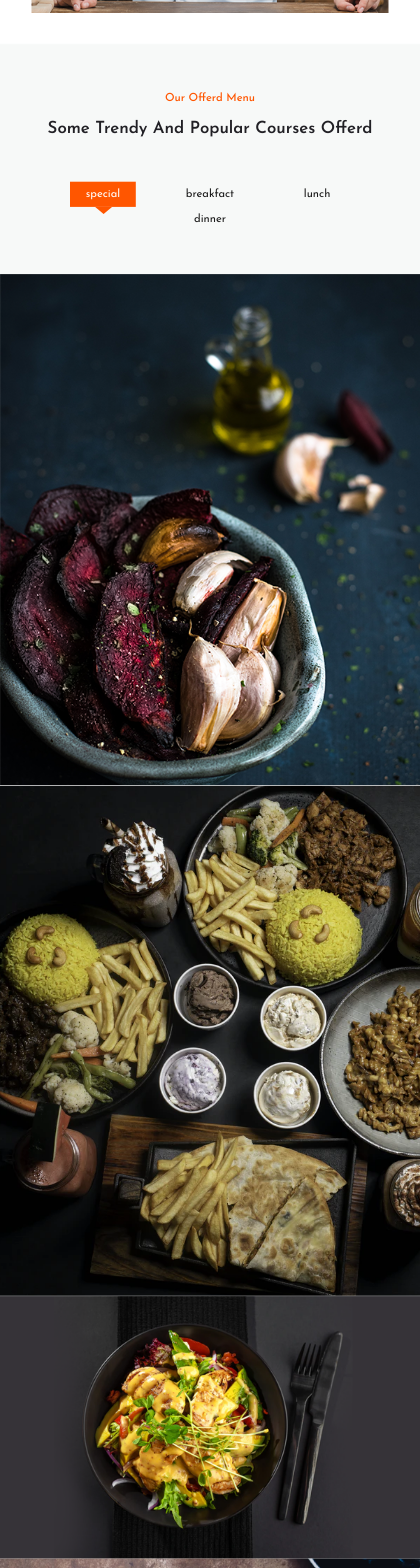
Repository: Ebtehal18/food
Page: index.html
These files come from the project's save history. The page is drawn as it stood at one moment and after the next save; the edit follows.
The browser window is 600 px wide. The pictures show the part of the page from y = 1812 to 4052 px (the page is 10000 px tall), at 70% of full size.

Above is the page before, as saved 2024-01-18 18:13:19.

### index.html
<!DOCTYPE html>
<html lang="en">
  <head>
    <meta charset="UTF-8" />
    <meta name="viewport" content="width=device-width, initial-scale=1.0" />
    <title>Food All</title>
    <link rel="preconnect" href="https://fonts.googleapis.com">
    <link rel="preconnect" href="https://fonts.gstatic.com" crossorigin>
    <link href="https://fonts.googleapis.com/css2?family=Josefin+Sans:wght@200;300;400;500;600;700&display=swap" rel="stylesheet">
    <link rel="stylesheet" href="asessets/css/style.css" />
    <link rel="stylesheet" href="asessets/css/External/all.min.css" />
  </head>
  <body>
    <!-- nav bar -->
    <header class="header">
      <div class="logo"><img src="asessets/imgs/logo.png" alt="logo" /></div>
      <label for="checkbox"><i class="fa-solid fa-bars"></i></label>
      <input type="checkbox" id="checkbox">
      <nav class="nav">
        <ul class="nav-list">
          <li class="list-item"><a href="#">Home</a></li>
          <li class="list-item"><a href="#">About</a></li>
          <li class="list-item"><a href="#">Menu</a></li>
          <li class="list-item">
            <a href="#">Blog</a>
            <ul class="dropdown-list">
              <li class="dropdown-item"><a href="#">Blog</a></li>
              <li class="dropdown-item"><a href="#">Blog Details</a></li>
              <li class="dropdown-item"><a href="#">Element</a></li>
            </ul>
          </li>
          <li class="list-item"><a href="#">Contact</a></li>
        </ul>
      </nav>
      <button class="btn btn-nav">Order Online</button>
    </header>

    <!-- hero -->

    <section class="hero">
      <div class="container">
        <div class="row">
         <div class="hero-content">
           <span class="span">Discover Your Teste</span>
          <h1>We belive good food offer great smile</h1>
          <p>
            Ut enim ad minim veniam, quis nostrud exercitation ullamco laboris
            nisi ut aliquip ex ea commodo consequat is aute irure.
          </p>
          <button class="btn-hero">Resurvation</button>
        </div>
          </div>
        </div>
      </div>
    </section>

  <!-- about -->
    <section class="about">
      <div class="container">
        <div class="row">
        <div class="about-content">
          <span class="span">Discover Your Teste</span>
          <h2>We Provide Good Food For Your Family!</h2>
          <p>Ut enim acgsd minim veniam, quxcis nostrud exercitation ullamco laboris nisi ufsit aliquip ex ea commodo consequat is aute irure m, quis nostrud exer.</p>
          <div class="row">
        <div class="about-detail">
          <div class="about-icon">
            <img src="asessets/imgs/cooking.png" alt="cooking">
          </div>
        <p>Ut enim ad minim veniam, quis nostrud exer.</p>
      </div>
        <div class="about-detail">
          <div class="about-icon">
            <img src="asessets/imgs/restaurant.png" alt="cooking">
          </div>
        <p>Ut enim ad minim veniam, quis nostrud exer.</p>
      </div>
        <div class="about-detail">
          <div class="about-icon">
            <img src="asessets/imgs/chef.png" alt="cooking">
          </div>
        <p>Ut enim ad minim veniam, quis nostrud exer.</p>
      </div>
        <div class="about-detail">
          <div class="about-icon">
            <img src="asessets/imgs/cooking.png" alt="cooking">
          </div>
        <p>Ut enim ad minim veniam, quis nostrud exer.</p>
      </div>
          </div>
        </div>
        <div class="about-img">
          <img src="asessets/imgs/about.png" alt="chef's img">
        </div>
        </div>
      </div>
    </section>
    <!-- menu -->
    <section class="menu-sec">
      <div class="menu">
         <div class="container">
        <div class="menu-heading">
          <span class="span">Our Offerd Menu</span>
          <h2>Some Trendy And Popular Courses Offerd</h2>
          <ul class="list-menu">
            <li class="menu-item"><a href="#">special</a></li>
            <li  class="menu-item"><a href="#">breakfact</a></li>
            <li  class="menu-item"><a href="#">lunch</a></li>
            <li  class="menu-item"><a href="#">dinner</a></li>
          </ul>
        </div>


      </div>
    </div>
      <div class="grid-menu">
        <div class="menu-img">
          <div class="overlay">
            <span class="span">$25</span>
            <h2>Delicious Food</h2>
            <p>Ut enim ad minim veniam quis nostr.</p>
            <button class="btn-hero">Order Now</button>
          </div>
        </div>
        <div class="menu-img"> <div class="overlay">
          <span class="span">$25</span>
          <h2>Delicious Food</h2>
          <p>Ut enim ad minim veniam quis nostr.</p>
          <button class="btn-hero">Order Now</button>
        </div></div>
        <div class="menu-img"> <div class="overlay">
          <span class="span">$25</span>
          <h2>Delicious Food</h2>
          <p>Ut enim ad minim veniam quis nostr.</p>
          <button class="btn-hero">Order Now</button>
        </div></div>
        <div class="menu-img"> <div class="overlay">
          <span class="span">$25</span>
          <h2>Delicious Food</h2>
          <p>Ut enim ad minim veniam quis nostr.</p>
          <button class="btn-hero">Order Now</button>
        </div></div>

      </div>
    </section>

  </body>
</html>

### asessets/css/style.css
/*
=======================================================
          public styles
======================================================= */
*,
*::after,
*::before {
  margin: 0;
  padding: 0;
  box-sizing: border-box;
}
html,
body {
  overflow-x: hidden;
}
body {
  font-family: "Josefin Sans", sans-serif;
  color: #141517;
  height: 10000px;
}
a {
  text-decoration: none;
}
li {
  list-style: none;
}
.container {
  width: 85%;
  margin: auto;
}
.row {
  display: flex;
  justify-content: space-between;
  align-items: flex-start;
}
.span {
  color: #ff5600;
  font-size: 16px;
  font-weight: 500;
  display: inline-block;
}

@media (max-width: 767px) {
  .row {
    flex-flow: column wrap;
  }
}

/*
=====================================================
            end public styles
=====================================================
 */

/* ===============
        navbar
 ================= */
.header {
  z-index: 999;
  display: flex;
  background-color: #fff;
  position: fixed;
  justify-content: space-around;
  align-items: center;
  top: 0;
  padding: 20px 65px;
  width: 100%;
}
.header .logo {
  width: 46%;
}
.header .nav .nav-list .list-item {
  padding: 0 30px;
  display: inline-block;
}
.header .nav .nav-list .list-item a {
  color: #141517;
  font-weight: 400;
  font-size: 16px;
  text-decoration: none;
}
.header .nav .nav-list .list-item a:hover {
  color: #ff5600;
}
.header .nav .nav-list .list-item:nth-child(4) {
  position: relative;
}
.header .nav .list-item .dropdown-list {
  padding: 10px 15px;
  background-color: #fff;
  position: absolute;
  top: 44px;
  left: -4px;
  opacity: 0;
  transition: all 0.4s ease-in;
  -webkit-transition: all 0.4s ease-in;
  -moz-transition: all 0.4s ease-in;
  -ms-transition: all 0.4s ease-in;
  -o-transition: all 0.4s ease-in;
}
.header .nav .nav-list .list-item:nth-child(4):hover .dropdown-list {
  opacity: 1;
  top: 63px;
}

.header .nav .list-item .dropdown-list li {
  width: 140px;
  display: inline-block;
  margin-bottom: 20px;
}
.header .btn {
  position: relative;
  z-index: 1;
  cursor: pointer;
  color: #464d65;
  outline: none;
  border: 1px solid #ff5600;
  font-size: 14px;
  font-weight: 500;
  background-color: transparent;
  padding: 19px 47px;
  border-radius: 5px;
  -webkit-border-radius: 5px;
  -moz-border-radius: 5px;
  -ms-border-radius: 5px;
  -o-border-radius: 5px;
  transition: all 0.4s ease-in;
  -webkit-transition: all 0.4s ease-in;
  -moz-transition: all 0.4s ease-in;
  -ms-transition: all 0.4s ease-in;
  -o-transition: all 0.4s ease-in;
}
.header .btn::before {
  background-color: #ff5600;
  position: absolute;
  content: "";
  top: 0;
  left: 0;
  height: 0%;
  width: 100%;
  z-index: -1;
  transition: all 0.4s ease-in;
  -webkit-transition: all 0.4s ease-in;
  -moz-transition: all 0.4s ease-in;
  -ms-transition: all 0.4s ease-in;
  -o-transition: all 0.4s ease-in;
}
.header .btn:hover {
  color: #fff;
}
.header .btn:hover::before {
  height: 100%;
}
.header input,
label {
  display: none;
}
@media (max-width: 1100px) {
  .header .logo {
    width: 20%;
  }
}

@media (max-width: 991px) {
  .header {
    justify-content: space-between;
    padding: 10px 20px;
  }
  .header .logo {
    width: 84%;
  }
  .header nav .nav-list {
    display: none;
  }
  .header .nav-list {
    padding: 20px 0;
    left: 0;
    right: 0;
    background-color: #ffb400fa;
    position: absolute;
    top: 100%;
  }

  .header .nav .nav-list .list-item {
    margin-bottom: 20px;
    padding: 0 30px;
    display: block;
  }
  .header .nav .nav-list .list-item a {
    color: #fff;
  }

  .header .nav .nav-list .list-item:nth-child(4):hover .dropdown-list {
    border-radius: 5px;
    left: 30px;
    top: 23px;
    background-color: #ff5600;
    -webkit-border-radius: 5px;
    -moz-border-radius: 5px;
    -ms-border-radius: 5px;
    -o-border-radius: 5px;
  }
  .header .nav .list-item .dropdown-list li {
    display: block;
  }
  .header .nav .list-item .dropdown-list a,
  .header .nav .list-item .dropdown-list a:hover {
    color: #fff;
  }
  .header .btn {
    display: none;
  }
  .header label {
    display: block;
  }
  .header label i {
    font-size: 24px;
  }
  .header input:checked + nav .nav-list {
    display: block;
  }
}

/* ===============
       end  navbar
 ================= */
/* ===============
       hero
 ================= */
.hero {
  display: flex;
  width: 100%;
  height: 1080px;
  background-image: url(../imgs/h1_hero.png);
  background-size: cover;
  background-position: bottom;
}

/* .hero .hero-content {
  margin-top: -237px;
} */

.hero .hero-content h1 {
  margin-top: 40px;
  font-weight: 700;
  color: #212025;
  font-size: 87px;
  width: 80%;
  line-height: 1.4;
}
.hero .hero-content p {
  font-weight: 400;
  margin-bottom: 30px;
  line-height: 1.3;
  width: 44%;
  color: #212025;
  font-size: 16px;
}
 .btn-hero {
  letter-spacing: 1.1px;
  position: relative;
  z-index: 1;
  cursor: pointer;
  color: #fff;
  outline: none;
  border: 1px solid #ff5600;
  font-size: 14px;
  font-weight: 500;
  background-color: #ff5600;
  padding: 19px 47px;
  border-radius: 5px;
  -webkit-border-radius: 5px;
  -moz-border-radius: 5px;
  -ms-border-radius: 5px;
  -o-border-radius: 5px;
  transition: all 0.4s ease-in;
  -webkit-transition: all 0.4s ease-in;
  -moz-transition: all 0.4s ease-in;
  -ms-transition: all 0.4s ease-in;
  -o-transition: all 0.4s ease-in;
}
 .btn-hero::before {
  z-index: -1;
  content: "";
  background-color: rgba(0, 0, 0, 0.6);
  top: 0;
  left: 0;
  width: 0;
  height: 100%;
  position: absolute;
  transition: all 0.4s;
  -webkit-transition: all 0.4s;
  -moz-transition: all 0.4s;
  -ms-transition: all 0.4s;
  -o-transition: all 0.4s;
}
.btn-hero:hover::before {
  filter: grayscale(50%);
  width: 100%;
  -webkit-filter: grayscale(50%);
}
@media (max-width: 1100px) {
  .hero .hero-content {
    margin: 0;
  }
  .hero .hero-content h1 {
    font-size: 60px;
  }
}

@media (max-width: 991px) {
  .hero {
    height: 700px;
  }
  .hero .hero-content {
    margin: 0;
    padding: 206px 0 100px;
  }
  .hero .hero-content .span {
    margin-bottom: 40px;
  }
  .hero .hero-content h1 {
    width: 88%;
    font-size: 50px;
    margin-bottom: 40px;
  }
  .hero .hero-content p {
    line-height: 1.4;
    width: 74%;
  }
}

@media (max-width: 767px) {
  .hero {
    height: 600px;
  }
  .hero .hero-content {
    padding: 100px 0 0;
    margin: 0;
  }
  .hero .hero-content span {
    margin-bottom: 20px;
  }
  .hero .hero-content h1 {
    font-size: 27px;
    width: 100%;
    margin-bottom: 30px;
  }
  .hero .hero-content p {
    margin-bottom: 20px;
    width: 100%;
  }
}

/* about */
.about {
  padding: 100px 0;
}
.about .container .row {
  align-items: center;
}
.about .about-content {
  width: 50%;
}
.about .about-content h2 {
  margin: 15px 0 20px;
  color: #212025;
  font-size: 49px;
  font-weight: 600;
  line-height: 1.4;
  width: 83%;
}
.about .about-content p {
  width: 77%;
  color: #212025;
  font-size: 16px;
  font-weight: 400;
  line-height: 1.3;
}
.about .about-content .row {
  margin-top: 50px;
  display: grid;
  grid-template-columns: repeat(2, 1fr);
  gap: 20px;
}
.about .about-content .row .about-detail {
  display: flex;
  gap: 20px;
  align-items: center;
}
.about .about-content .row .about-detail p {
  width: 69%;
}

.about .row .about-detail .about-icon {
  width: 15%;
}
.about .row .about-detail .about-icon img,
.about .about-img img {
  width: 100%;
}
.about .about-img {
  width: 50%;
}
@media (max-width: 991px) {
  .about {
    padding: 50px 0;
  }
  .about .row {
    flex-flow: row wrap;
  }
  .about .about-content {
    width: 100%;
  }
  .about .about-content h2 {
    width: 100%;
    font-size: 27px;
  }
  .about .about-content .row {
    margin-top: 25px;
    display: grid;
    grid-template-columns: repeat(2, 1fr);
    gap: 20px;
  }
  .about .about-img {
    margin-top: 20px;
    width: 100%;
  }
}

@media (max-width: 767px) {
  .about {
    padding: 40px 0;
  }
  .about .about-content {
    width: 100%;
  }
  .about .about-content h2 {
    width: 100%;
    font-size: 27px;
  }
  .about .about-content .row {
    margin-top: 25px;
    display: grid;
    grid-template-columns: repeat(1, 1fr);
    gap: 20px;
  }
  .about .about-img {
    margin-top: 20px;
    width: 100%;
  }
}
/* menu */
.menu {
  background-image: url(../imgs/section_bg01.png);
  background-size: cover;
  background-position: center center;
  padding: 70px 0 50px;
}
.menu .menu-heading {
  text-align: center;
}

.menu .menu-heading h2 {
  line-height: 1.3;
  margin: auto;
  width: 59%;
  color: #212025;
  font-size: 49px;
  font-weight: 600;
  margin-top: 20px;
}
.menu .menu-heading .list-menu {
  align-items: center;
  margin-top: 70px;
  display: flex;
  justify-content: center;
  gap: 50px;
}
}
.menu .menu-heading .list-menu li a{
  text-transform: uppercase;

}

.menu .menu-heading .list-menu li:not(:first-child) a {
  z-index: 1;
  font-weight: 400;
  font-size: 16px;
  color: #1b1b1b;
  text-decoration: none;
}

.menu .menu-heading .list-menu li:first-child a {
  background-color: #ff5600;
  padding: 10px 22px;
  position: relative;
  color: #fff;
}
.menu .menu-heading .list-menu li:first-child a::before {
  top: 36px;
  left: 38%;
  content: "";
  position: absolute;
  width: 0;
  height: 0;
  border-bottom: 12px solid transparent;
  border-top: 10px solid #ff5600;
  border-left: 12px solid transparent;
  border-right: 12px solid transparent;
}



.menu-sec .grid-menu{
  display: grid;
  grid-template-columns: repeat(4,1fr);
  grid-template-rows: repeat(2,1fr);
}
.menu-sec .grid-menu .menu-img {
  overflow: hidden;
  position: relative;
}
.menu-sec .grid-menu .menu-img .overlay{
 width: 100%;
 height: 100%;
 display: flex;
 align-items: center;
 justify-content: center;
 flex-direction: column;
 position: absolute;
 z-index: 1;
 text-align: center;
 background-color: rgba(0, 0, 0, 0.6);
 opacity: 0;
 transition:all 0.4s ease-in ;
 -webkit-transition:all 0.4s ease-in ;
 -moz-transition:all 0.4s ease-in ;
 -ms-transition:all 0.4s ease-in ;
 top: 40%;
 -o-transition:all 0.4s ease-in ;
}
.menu-sec .grid-menu .menu-img:hover .overlay{
  top: 0;
  opacity: 1;
}
.menu-sec .grid-menu .menu-img .overlay .span{
  font-size: 30px;
}
.menu-sec .grid-menu .menu-img .overlay h2{
  color: #fff;
font-size: 50px;
font-weight: 700;
margin-bottom: 20px;

}
.menu-sec .grid-menu .menu-img .overlay p{
      margin-bottom: 20px;
      color: #fff;
      font-size: 13px;
}

.menu-sec .grid-menu .menu-img:nth-child(1){
  grid-column: 1/3;
  grid-row: 1/-1;
  background-image: url(../imgs/gallery1.png);
  background-size: cover;
  background-position: bottom;
  min-height: 730px;
}

.menu-sec .grid-menu .menu-img:nth-child(2){
  background-image: url(../imgs/gallery2.png);
  background-size: cover;
  background-position: left;
  min-height: 730px;
  grid-row: 1/-1;

}
.menu-sec .grid-menu .menu-img:nth-child(3) {
  background-image: url(../imgs/gallery3.png);
  background-size: cover;
  background-position: left;
  min-height: 375px;

}
.menu-sec .grid-menu .menu-img:nth-child(4) {
  background-image: url(../imgs/gallery4.png);
  background-size: cover;
  background-position: left;
  min-height: 375px;
}
@media (max-width:767px) {
  .menu .menu-heading h2 {
    width: 100%;
    font-size: 24px;
  }
  .menu .menu-heading .list-menu {
    flex-flow: row wrap;
    gap: 0;
  }
  .menu .menu-heading .list-menu .menu-item {
    width: 30%;
    margin-bottom: 20px;
}
.menu-sec .grid-menu {
  display: grid;
  grid-template-columns: unset;
   grid-template-rows: unset;
  }
  .menu-sec .grid-menu .menu-img:nth-child(1) {
    grid-column: unset;
     grid-row: unset;
  }

}

Loaded but not shown: asessets/css/External/all.min.css (library)

After the next save:
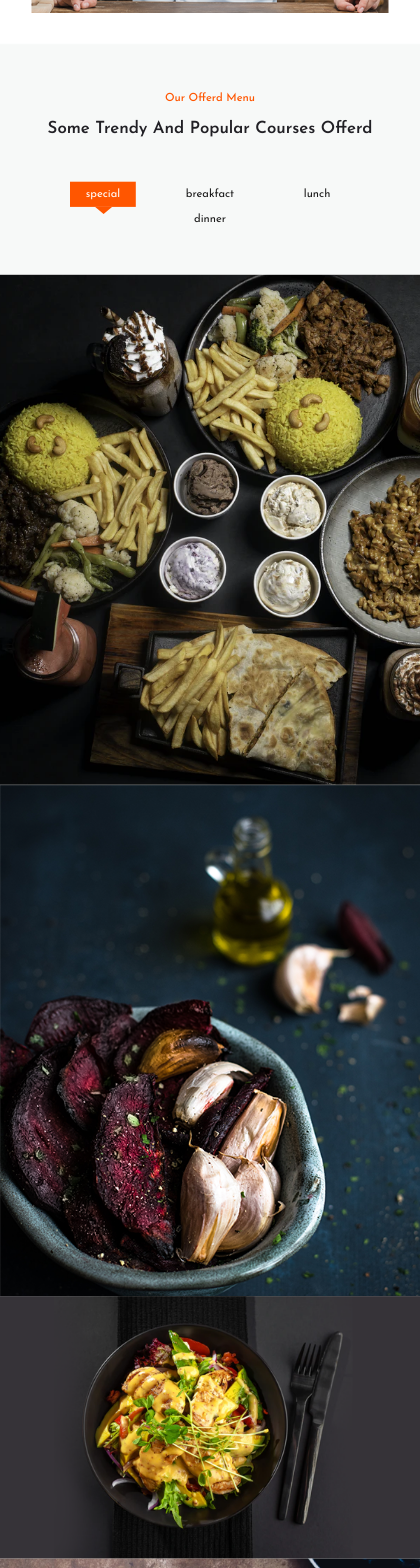
Saved 40 s later.
--- a/asessets/css/style.css
+++ b/asessets/css/style.css
@@ -612,5 +612,7 @@ margin-bottom: 20px;
     grid-column: unset;
      grid-row: unset;
   }
-
-}
+  .menu-sec .grid-menu .menu-img:nth-child(2) {
+    grid-row: unset;
+}
+}
